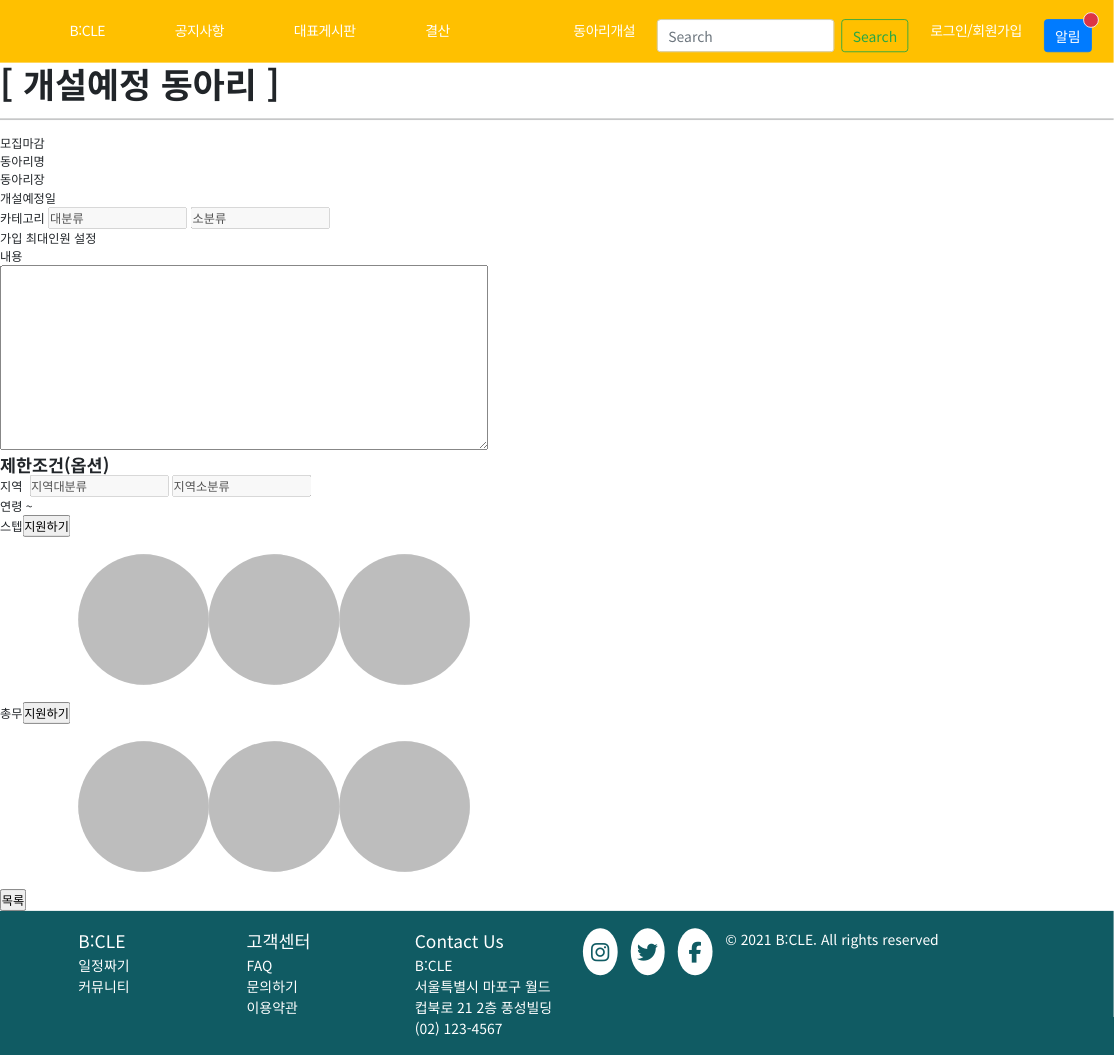
Repository: CHAEYUN7074/SpringProject_Bcle
Page: http://localhost/Bcle/ClubBeforeOpenedContents.jsp
These files come from the project's save history. The page is drawn as it stood at one moment and after the next save; the edit follows.
The browser window is 1280 px wide. The pictures show the whole page, at 87% of full size.
Some web fonts or font styles are not loaded; a fallback is used. Some web libraries are served in a nearby version. The page is served by Tomcat 9. The template is opened directly, without the code that normally fills it, so the values that code supplies are empty.

Above is the page before, as saved 2021-12-18 13:21:58.
Console error (its wording comes from the project's code and is left out).

After the next save:
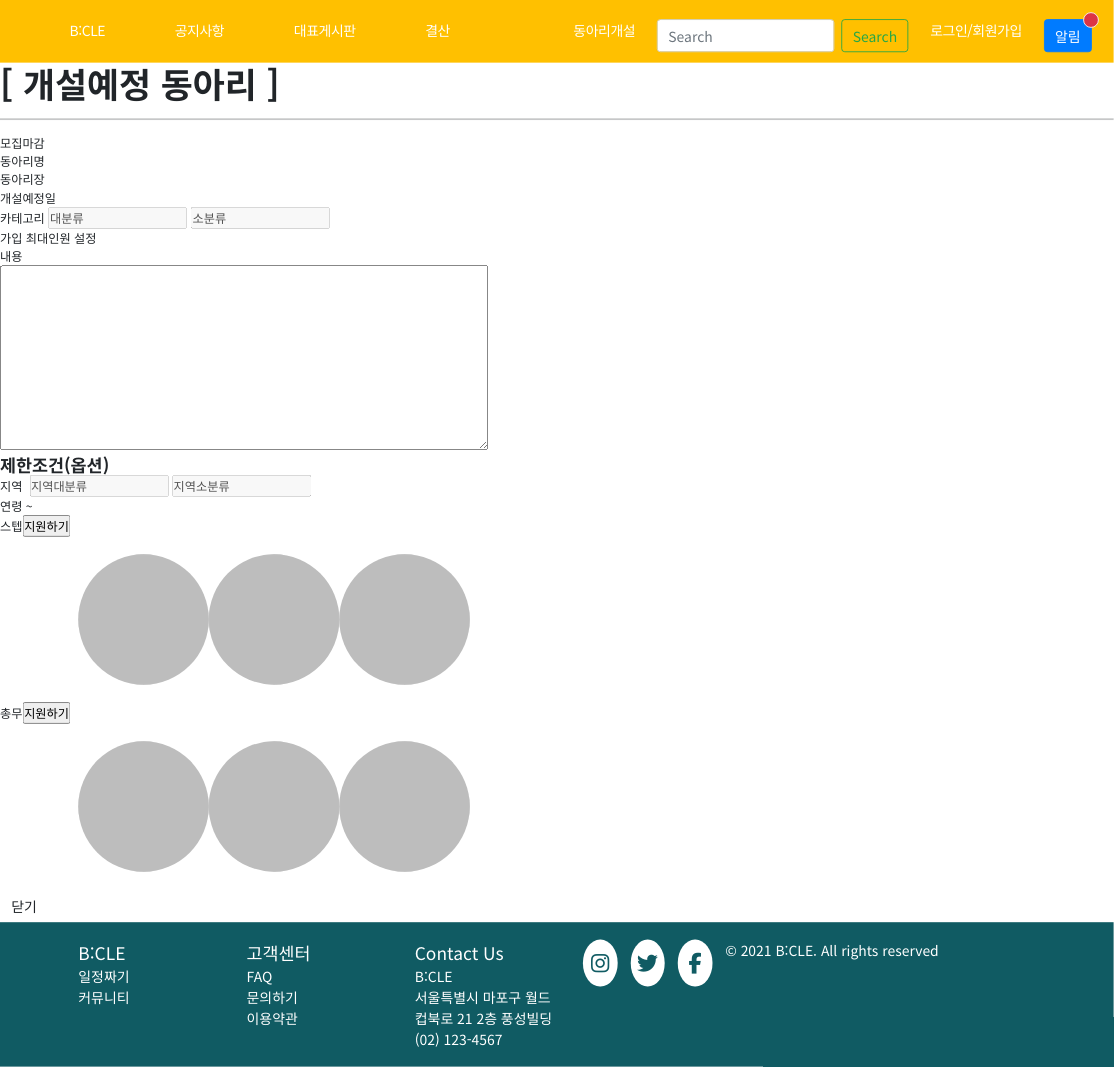
Saved 72 s later.
--- a/Bcle/WebContent/ClubBeforeOpenedContents.jsp
+++ b/Bcle/WebContent/ClubBeforeOpenedContents.jsp
@@ -109,7 +109,7 @@ ClubBeforeOpenedContents.jsp
 							</div>
 
 							<div>
-								<input type="button" value="목록">
+								<button type="button" class="btn" id="closeBtn" onclick="location.href='MainPage.jsp'">닫기</button>
 							</div>
 
 						</div>
